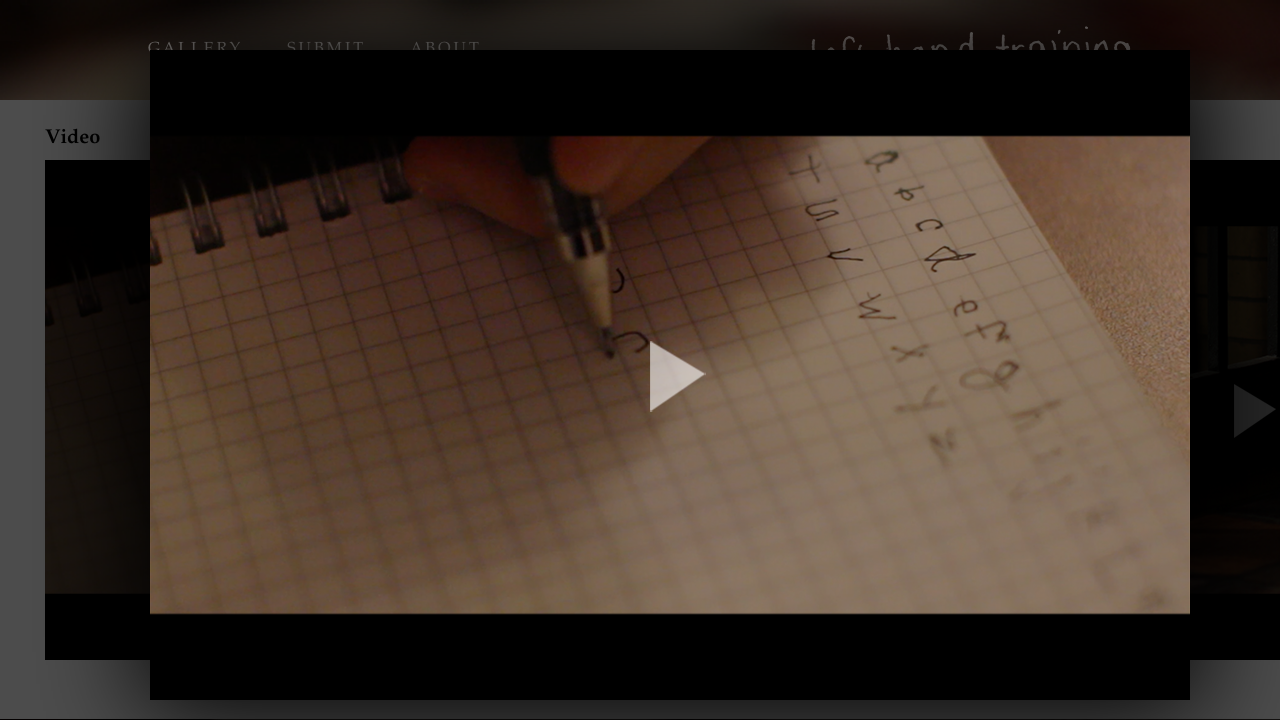
Repository: simonekurtz/simonekurtz.github.io
Page: 3ASGN_Catalog/videolink3.html
The author's editor kept a record of every edit. The page is drawn from the files as they stood at one moment, then again after the next edit.
The browser window is 1280 px wide. The pictures show the whole page.

Above is the page before.

After the next edit:
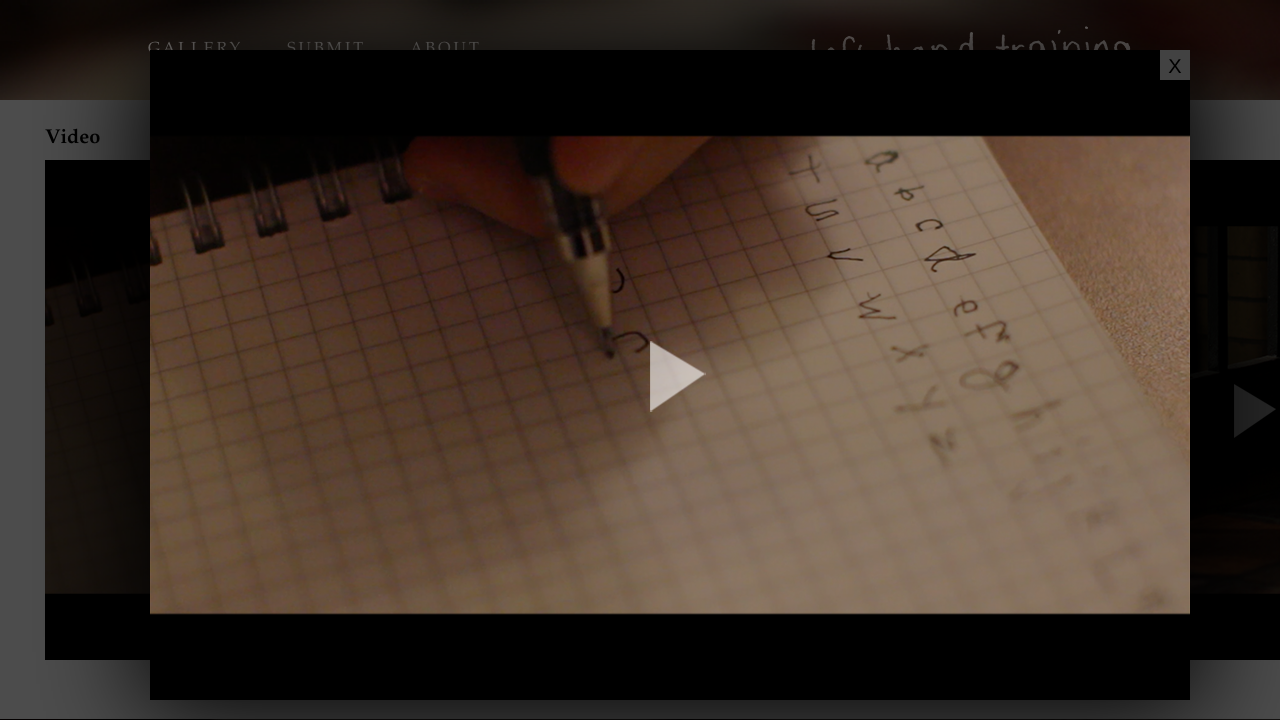
The edit:
--- a/3ASGN_Catalog/videolink3.html
+++ b/3ASGN_Catalog/videolink3.html
@@ -5,6 +5,11 @@
 
     </head>
     <body>
+
+        <div class="exit">
+        <a href="video.html">X</a>
+        </div>
+
         <div class="OverlayElement">
         <img src="images/images/Video1_Big.png">
         </div>
